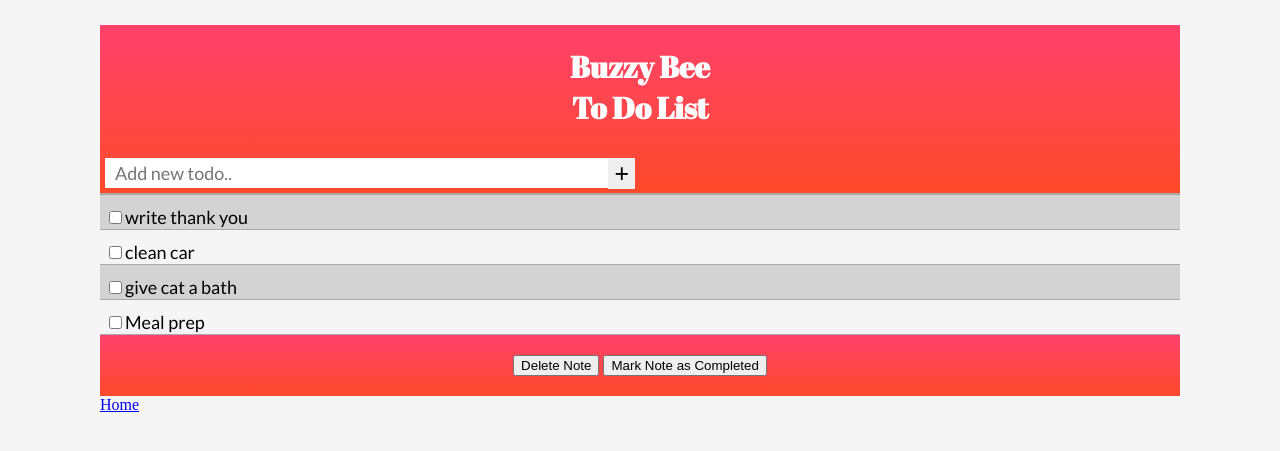
Repository: seleniadelgado/backend-spring2020-angie
Page: projects/todo/public_html/index.html
These files come from the project's save history. The page is drawn as it stood at one moment and after the next save; the edit follows.
The browser window is 1280 px wide. The pictures show the whole page.
The page's requests for data from a server got no answer.

Above is the page before, as saved 2020-05-13 16:23:29.

After the next save:
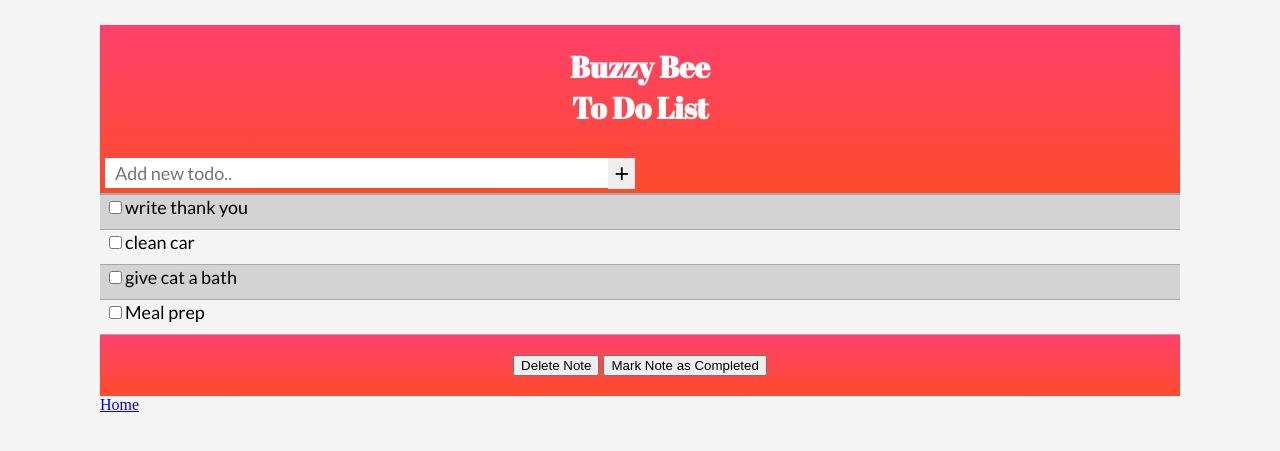
Saved 9 s later.
--- a/projects/todo/public_html/styles.css
+++ b/projects/todo/public_html/styles.css
@@ -80,7 +80,7 @@ body {
     font-family: var(--list-font);
     font-size: var(--font-size-list-item);
     margin: auto;
-    padding-top: 1%;
+    padding-top: .5px;
 }
 
 .buttonsArea {
